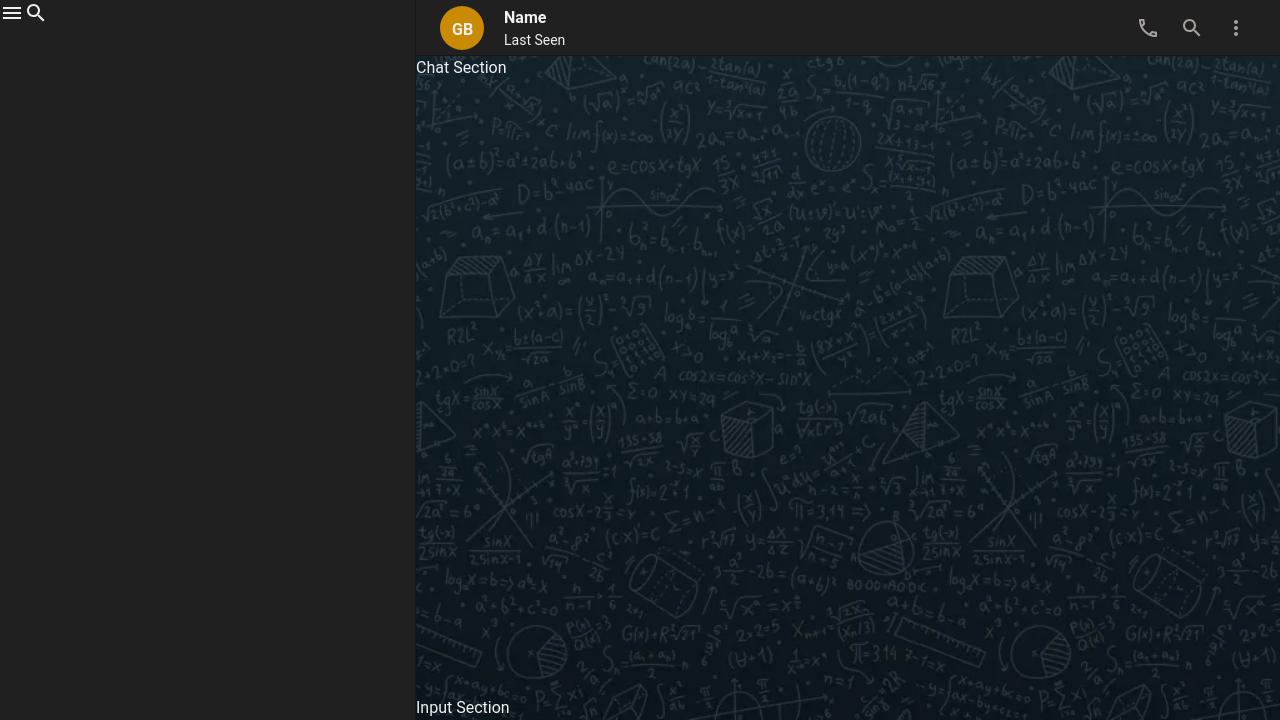
Repository: Qu4ntumGuy/telegram-clone
Page: /
The author's editor kept a copy of each file at every save. The page is drawn from the files as they stood at one save, then again after the next save.
The browser window is 1280 px wide. The pictures show the whole page.
The project was rebuilt for these pictures with package versions that can differ from the ones it lists, and the page was loaded fresh each time. Also part of the build but not shown: src/Utils/ContextProvider.js, src/Pages/ChatPage.js/ChatPage.js.

Above is the page before, as saved 2024-07-15 12:22:01.

### src/index.css
@tailwind base;
@tailwind components;
@tailwind utilities;

:root {
  font-family: "Roboto", sans-serif;
  color-scheme: light;
  body {
    @apply bg-[#181818] text-[#f0f0f0];
  }
}
/*
:root {
  @apply bg-[#181818];
} */

### src/App.js
import { Routes, BrowserRouter, Route } from "react-router-dom";
import Sidebar from "./Components/Sidebar";
import Home from "./Pages/Home/Home";
import ChatPage from "./Pages/ChatPage.js/ChatPage";

function App() {
  return (
    <div className="flex max-w-[105rem] mx-auto">
      <Sidebar />
      <BrowserRouter>
        <Routes>
          <Route path="/" element={<Home />} />
          <Route path="/k/:id" element={<ChatPage />} />
        </Routes>
      </BrowserRouter>
      {/* <Home /> */}
    </div>
  );
}

export default App;

### src/Components/Sidebar.js
import React from "react";
import { useComponentContext } from "../Utils/ContextProvider";
import MenuIcon from "@mui/icons-material/Menu";
import SearchIcon from "@mui/icons-material/Search";

function Sidebar() {
  const context = useComponentContext();
  return (
    <div className="w-full md:max-w-[26rem] bg-[#202020] border-r border-[#181818] h-screen">
      <div className="flex">
        <div>
          <MenuIcon />
        </div>
        <div>
          <div className="flex">
            <div>
              <SearchIcon />
            </div>
            <form></form>
          </div>
        </div>
      </div>
      <div></div>
    </div>
  );
}

export default Sidebar;

### src/Pages/Home/Home.js
import React from "react";
import backgroundImage from "../../Assets/Desktop.webp";
import Topbar from "../../Components/Topbar";

function Home() {
  const image =
    "https://blog.1a23.com/wp-content/uploads/sites/2/2020/02/pattern_02-150x150.png";

  //   const divStyle = {
  //     width: "100%",
  //     height: "100vh", // Adjust the height as needed
  //     backgroundImage: `url(${backgroundImage})`,
  //     backgroundSize: "cover", // Ensures the image covers the entire div
  //     backgroundPosition: "center", // Centers the image
  //   };
  return (
    <div
      className="md:flex flex-col justify-center bg-cover h-screen hidden md:w-full "
      style={{ backgroundImage: `url(${backgroundImage})` }}
    >
      <div className="top-0 mb-auto h-14 bg-[#202020] border-b border-[#181818]">
        <Topbar />
      </div>
      <div className="flex flex-col h-full">
        <div className="top-0">Chat Section</div>
        <div className="bottom-0 mt-auto">Input Section</div>
      </div>
    </div>
  );
}

export default Home;

### src/Components/Topbar.js
import React from "react";
import CallOutlinedIcon from "@mui/icons-material/CallOutlined";
import SearchIcon from "@mui/icons-material/Search";
import MoreVertIcon from "@mui/icons-material/MoreVert";

function Topbar() {
  return (
    <div className="flex px-6 h-14">
      <div className="flex-1 flex items-center">
        <div className="bg-yellow-600 p-3 rounded-full h-11 w-11 text-center align-middle font-bold">
          <div className="text-center align-middle">GB</div>
        </div>
        <div className="flex flex-col pl-5 w-full">
          <div className="font-semibold">Name</div>
          <div className="text-sm"> Last Seen</div>
        </div>
      </div>
      <div className="flex items-center space-x-1 pl-3 text-stone-400">
        <div className=" rounded-full hover:bg-stone-800 p-2">
          <CallOutlinedIcon />
        </div>
        <div className=" rounded-full hover:bg-stone-800 p-2">
          <SearchIcon />
        </div>
        <div className=" rounded-full hover:bg-stone-800 p-2">
          <MoreVertIcon />
        </div>
      </div>
    </div>
  );
}

export default Topbar;

Loaded but not shown: public/index.html (common file); src/index.js (common file); src/reportWebVitals.js (common file); tailwind.config.js (common file)

After the next save:
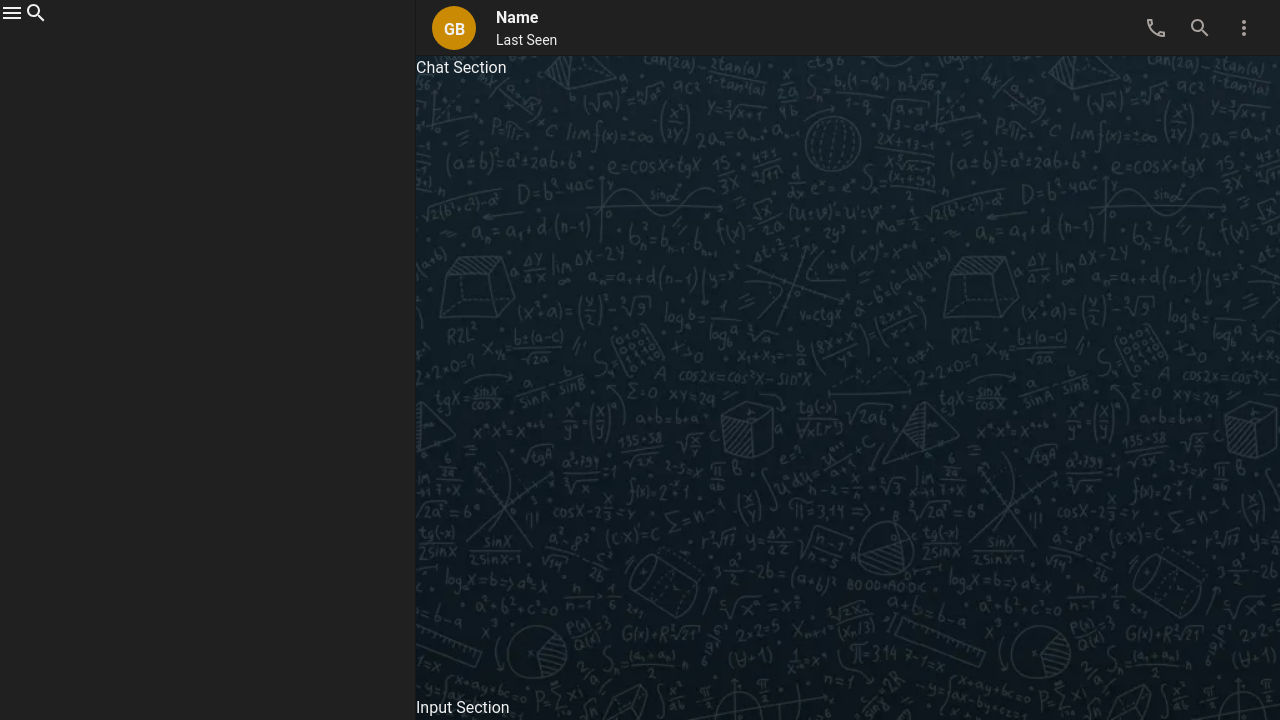
Saved 32 s later.
--- a/src/Components/Topbar.js
+++ b/src/Components/Topbar.js
@@ -5,7 +5,7 @@ import MoreVertIcon from "@mui/icons-material/MoreVert";
 
 function Topbar() {
   return (
-    <div className="flex px-6 h-14">
+    <div className="flex px-4 h-14">
       <div className="flex-1 flex items-center">
         <div className="bg-yellow-600 p-3 rounded-full h-11 w-11 text-center align-middle font-bold">
           <div className="text-center align-middle">GB</div>
